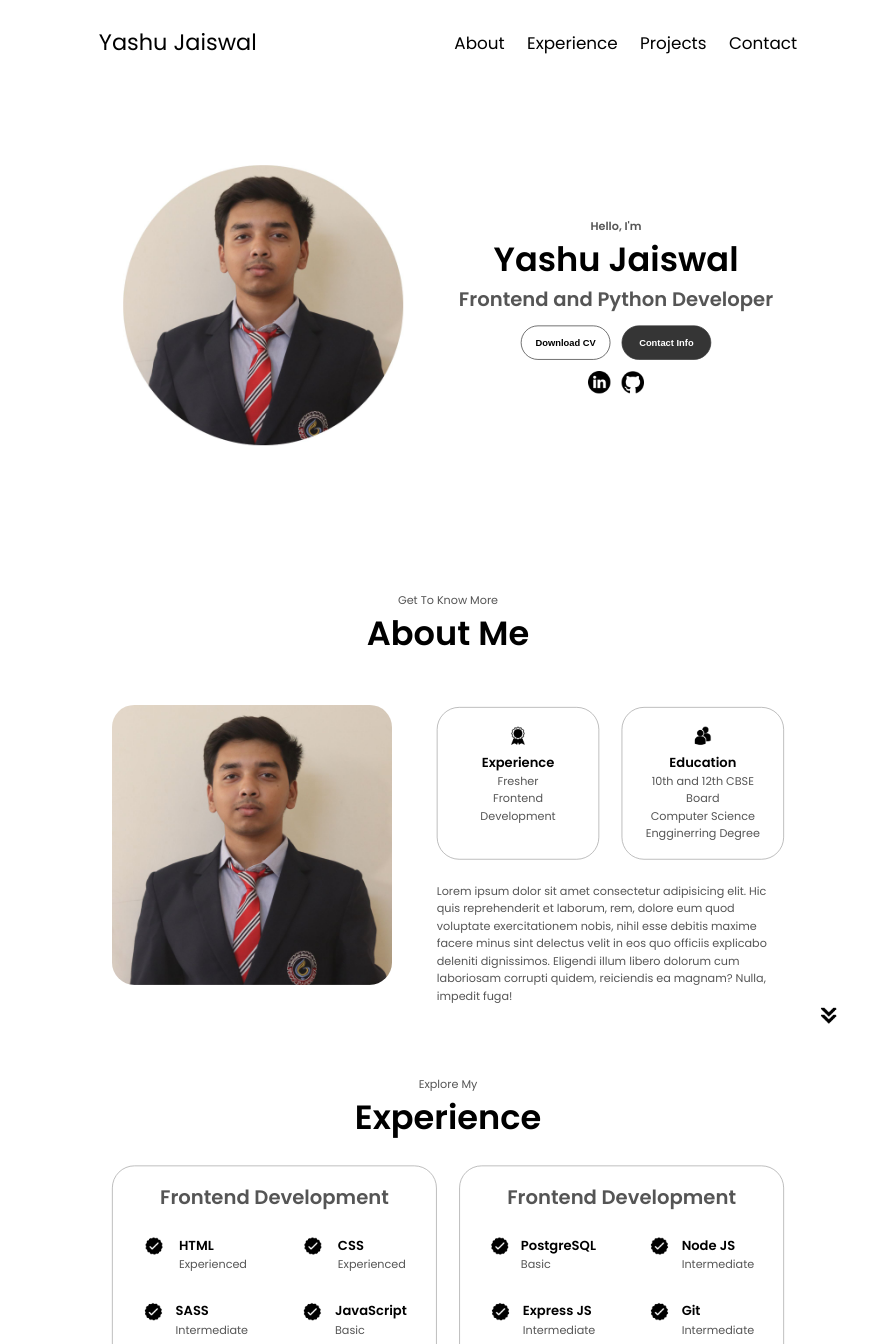
Repository: lastking001/html-css-js-portfolio
Page: index.html
These files come from the project's save history. The page is drawn as it stood at one moment and after a run of saves; the edit follows.
The browser window is 1280 px wide. The pictures show the part of the page from y = 0 to 1920 px (the page is 4425 px tall), at 70% of full size.

Above is the page before, as saved 2024-07-21 15:51:36.

After the next 4 saves:
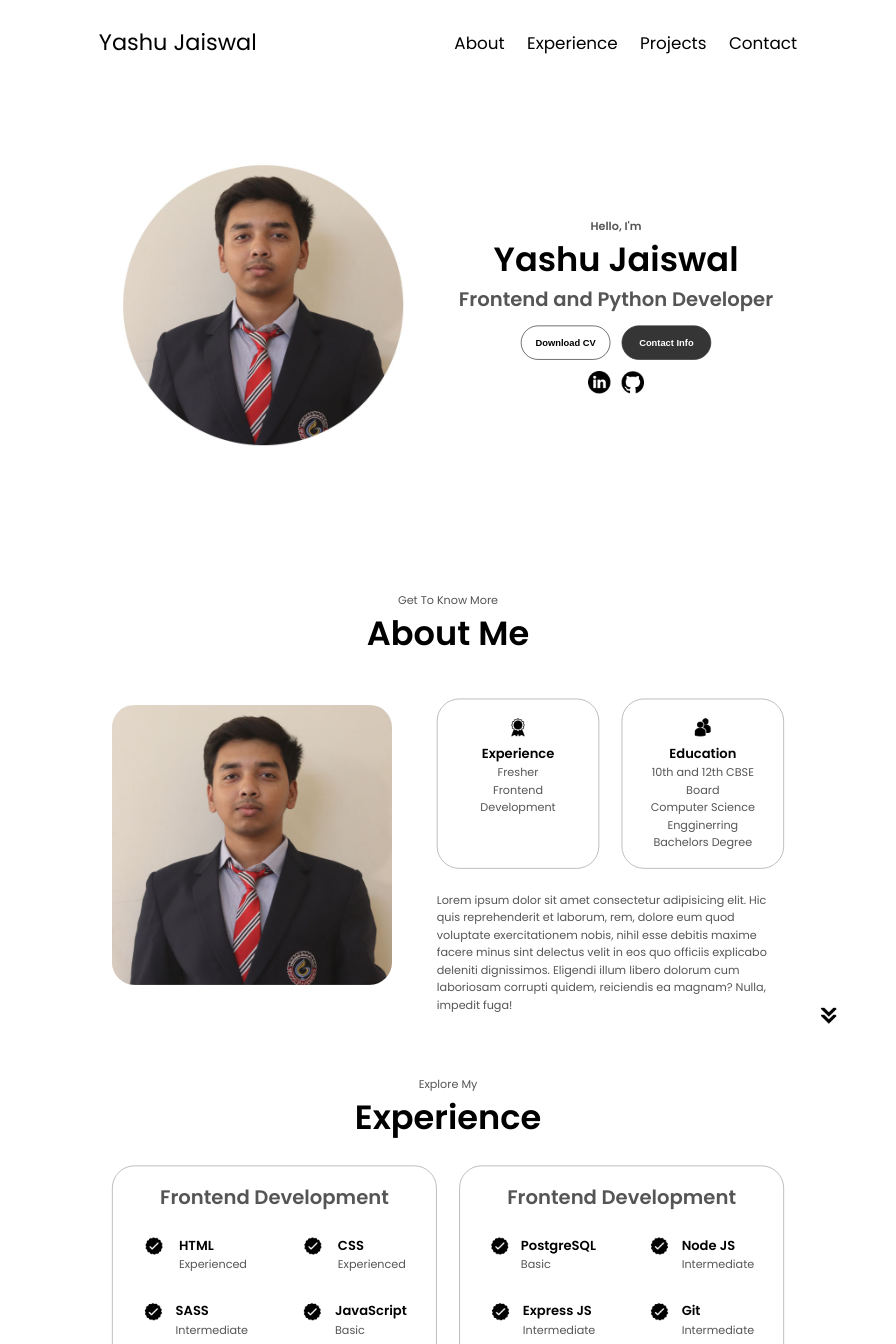
The 4 saves are shown as one change because they came seconds apart.
The last was saved 16 s later.
--- a/index.html
+++ b/index.html
@@ -99,7 +99,7 @@
                 class="icon"
               />
               <h3>Education</h3>
-              <p>10th and 12th CBSE Board<br />Computer Science Engginerring Degree</p>
+              <p>10th and 12th CBSE Board<br />Computer Science Engginerring Bachelors Degree</p>
             </div>
           </div>
           <div class="text-container">
